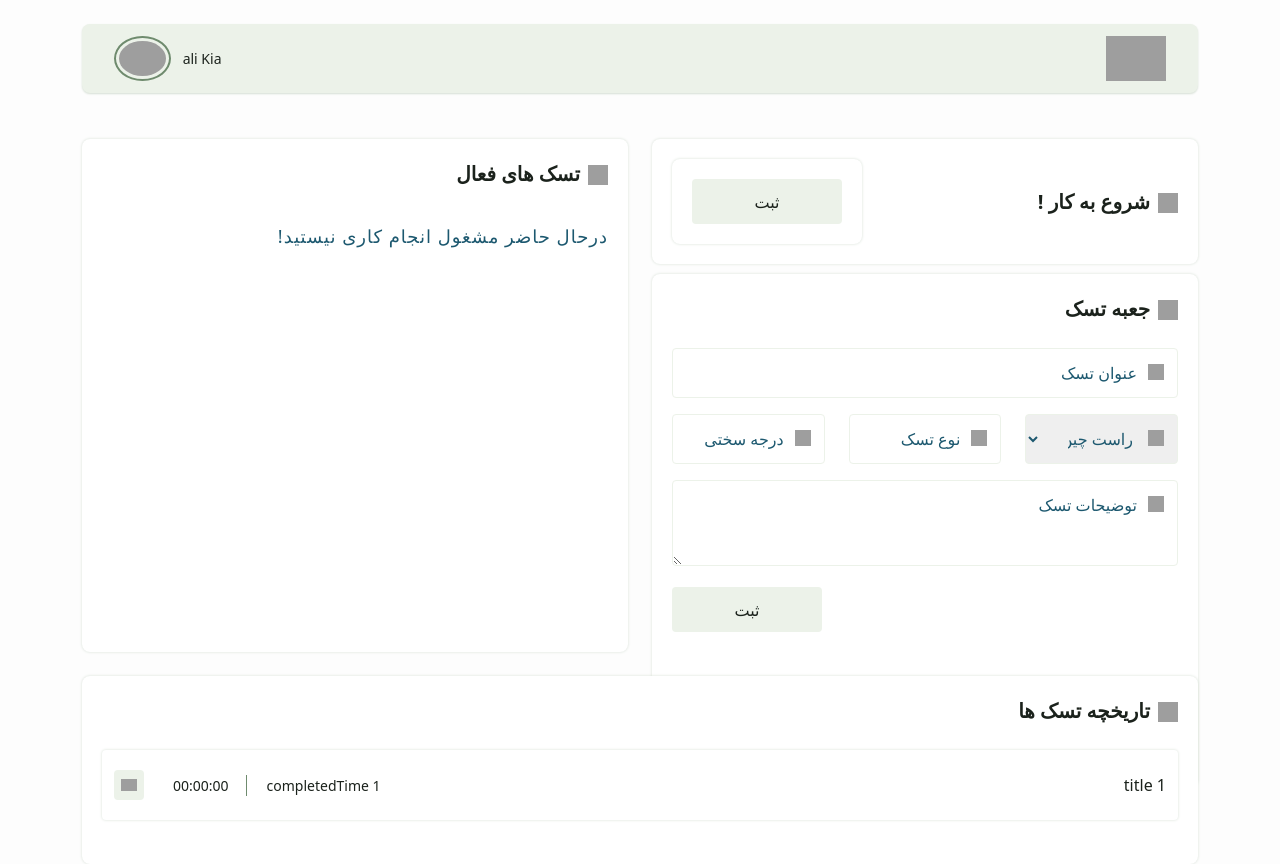
Repository: alirezvanikia/dynamic-form
Page: /
An editor plug-in stored every save of this project. The page is shown before and after a run of saves, followed by the edit.
The browser window is 1280 px wide. The pictures show the whole page.
Pictures or frames that could not be fetched are drawn as grey boxes. The project was rebuilt for these pictures with package versions that can differ from the ones it lists, and the page was loaded fresh each time. Also part of the build but not shown: vite.config.js, src/components/taskModal.vue.

Above is the page before, as saved 2024-11-09 21:19:15.

After the next 2 saves:
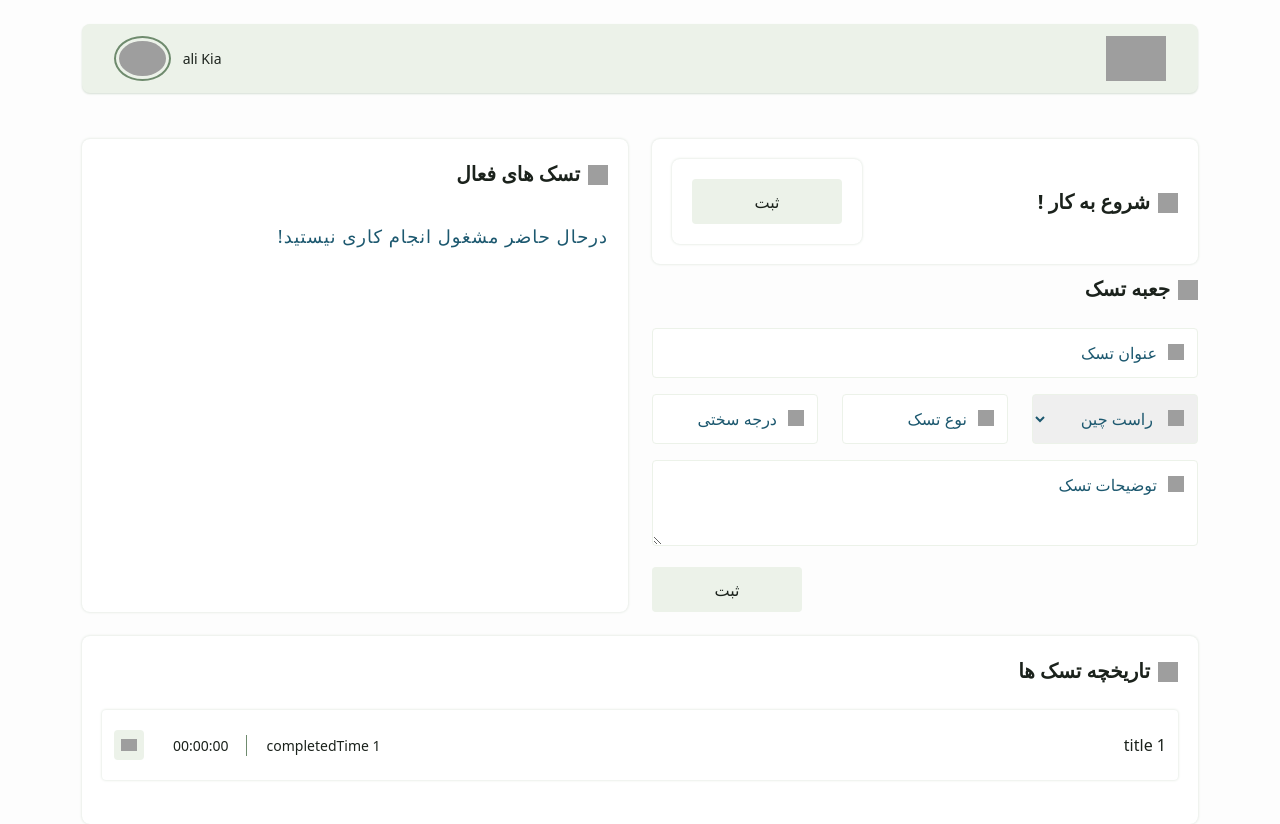
The 2 saves are shown as one change because they came seconds apart.
The last was saved 35 s later.
--- a/src/App.vue
+++ b/src/App.vue
@@ -27,7 +27,7 @@
               <button @click="addTask" class="btn btn--green me-auto">ثبت</button>
             </div>
           </div>
-          <div class="task-manager-box">
+          <div class="task-manager-box__attendance-btn">
             <div class="task-manager-values">
               <div class="task-manager-title">
                 <div class="task-manager-title__icon">

After the 2 saves that followed:
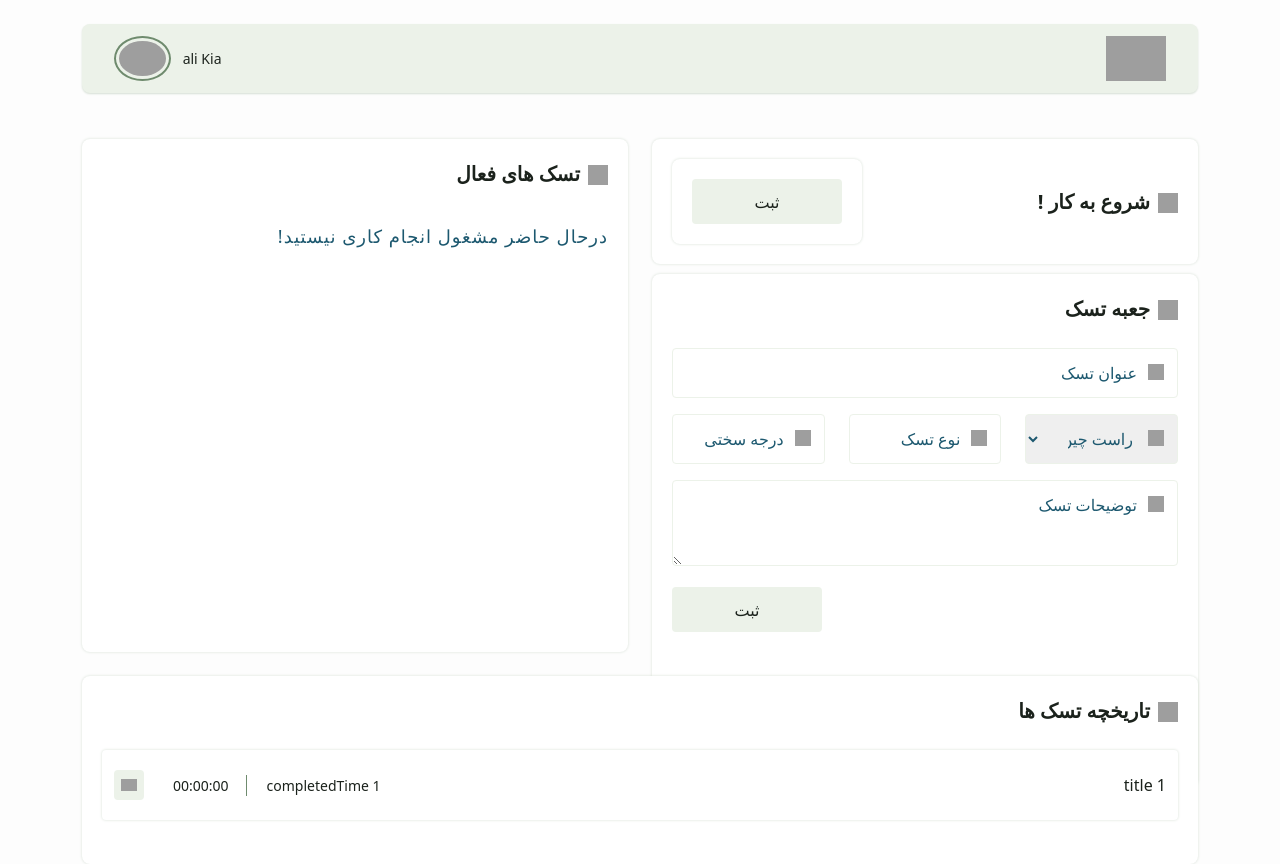
The 2 saves are shown as one change because they came seconds apart.
The last was saved 17 s later.
--- a/src/App.vue
+++ b/src/App.vue
@@ -27,7 +27,7 @@
               <button @click="addTask" class="btn btn--green me-auto">ثبت</button>
             </div>
           </div>
-          <div class="task-manager-box__attendance-btn">
+          <div class="task-manager-box">
             <div class="task-manager-values">
               <div class="task-manager-title">
                 <div class="task-manager-title__icon">
